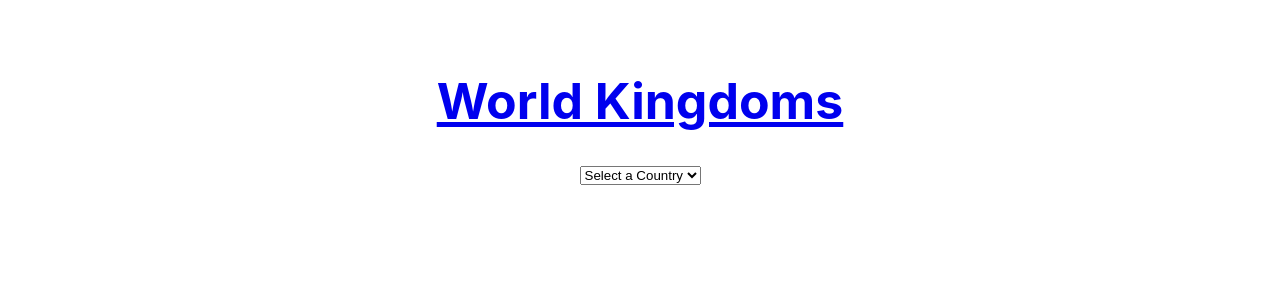
Repository: GloGlorGloria/COMP3170-lab7
Page: /
The author's editor kept a copy of each file at every save. The page is drawn from the files as they stood at one save, then again after the next save.
The browser window is 1280 px wide. The pictures show the whole page.
The page's requests for data from a server got no answer. The project was rebuilt for these pictures with package versions that can differ from the ones it lists, and the page was loaded fresh each time. No one was signed in, and anything a server would have sent is missing. Also part of the build but not shown: vite.config.js, src/components/Details.jsx.

Above is the page before, as saved 2024-11-24 02:11:48.

After the next save:
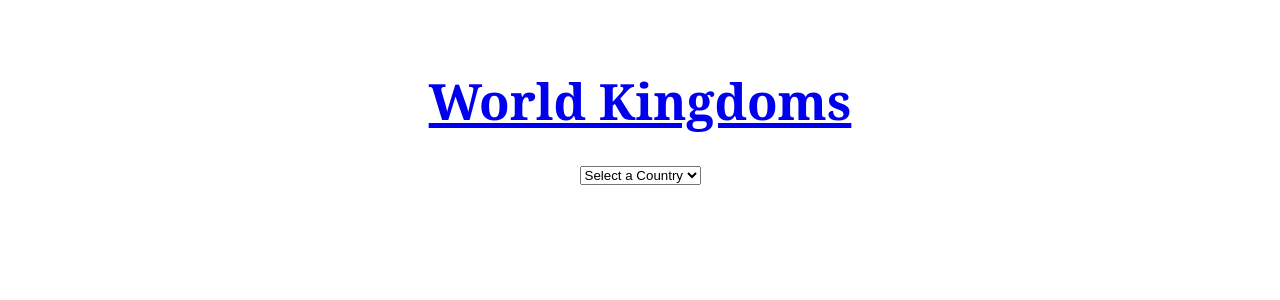
Saved 21 s later.
--- a/src/index.css
+++ b/src/index.css
@@ -15,7 +15,7 @@
 
 h1 {
   font-size: 50px;
-  font-display: swap;
+  font-family: Cambria, Cochin, Georgia, Times, 'Times New Roman', serif;
   line-height: 1.1;
 }
 
